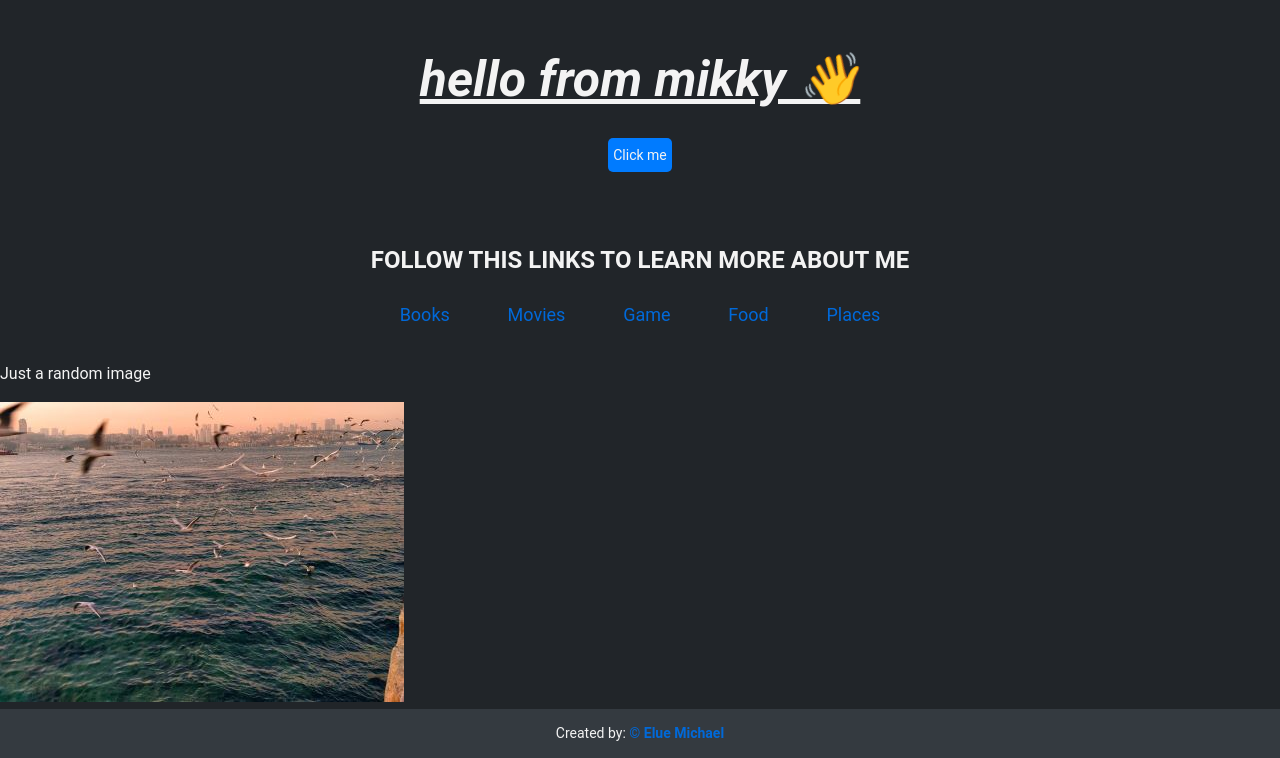
Repository: MikkyPrestige/html-website
Page: index.html
The author's editor kept a copy of each file at every save. The page is drawn from the files as they stood at one save, then again after a run of saves.
The browser window is 1280 px wide. The pictures show the whole page.

Above is the page before, as saved 2023-04-29 14:57:03.

After the next 2 saves:
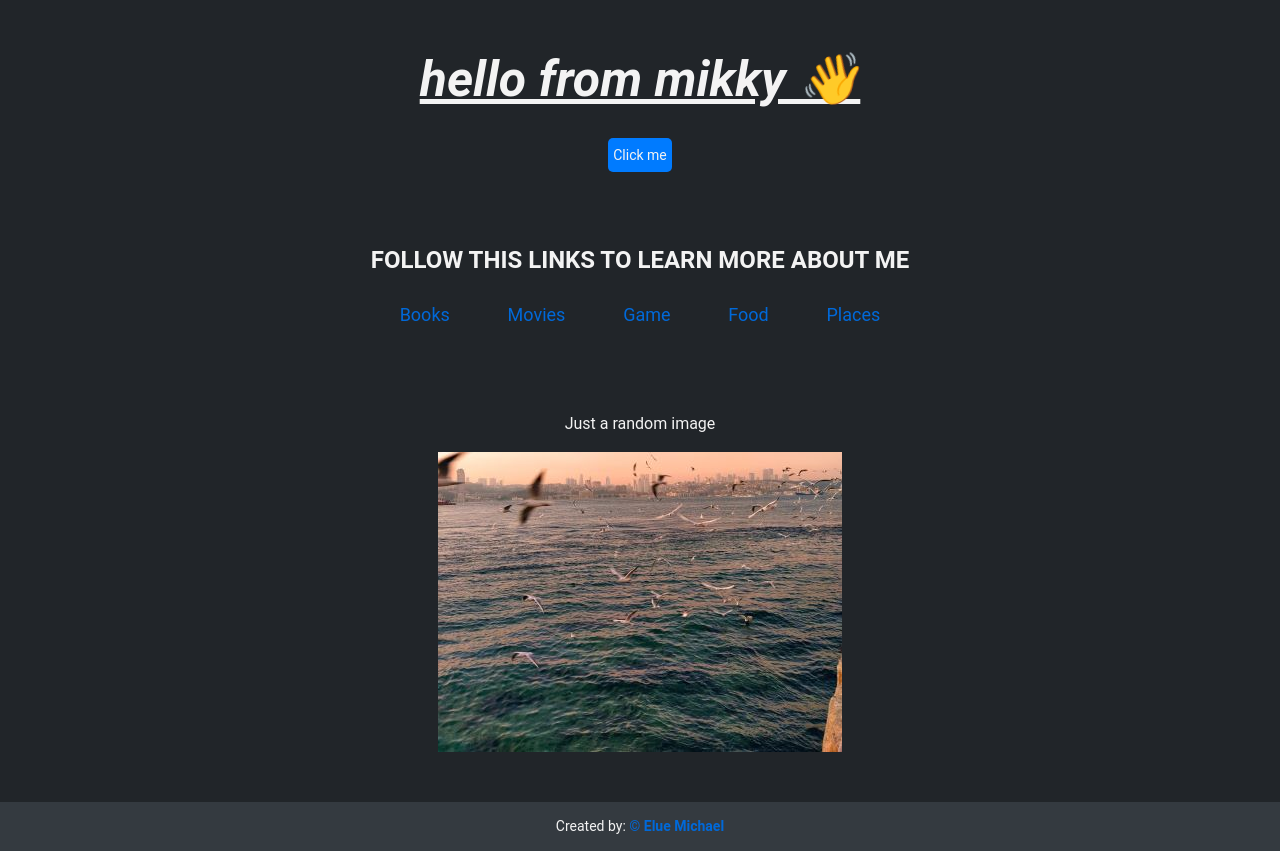
The 2 saves are shown as one change because they came seconds apart.
The last was saved 47 s later.
--- a/index.css
+++ b/index.css
@@ -50,9 +50,12 @@
 }
 
 .img {
-  width: 100%;
-  height: 100%;
-  object-fit: cover;
+  display: flex;
+  flex-direction: column;
+  justify-content: center;
+  align-items: center;
+  margin: 50px 0;
+
 }
 .section1 {
   display: flex;
